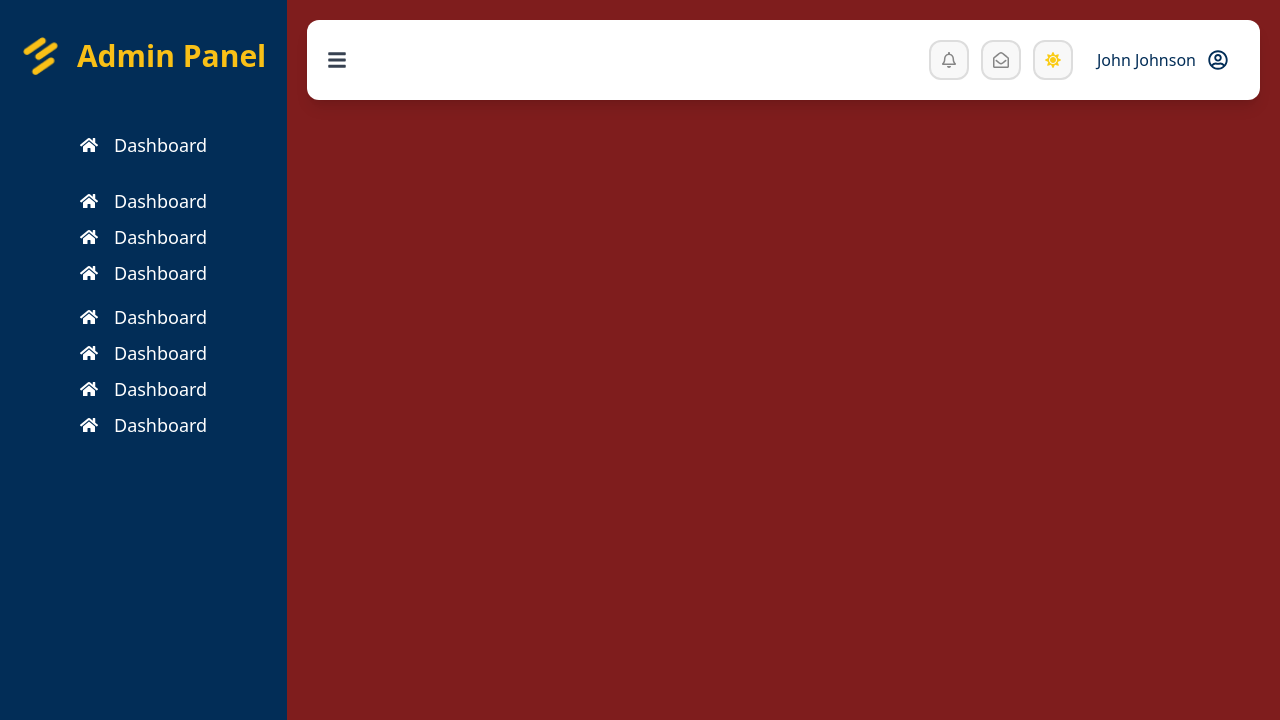
Repository: farrelmuhammad/redesign-bo
Page: /
The author's editor kept a copy of each file at every save. The page is drawn from the files as they stood at one save, then again after the next save.
The browser window is 1280 px wide. The pictures show the whole page.
The project was rebuilt for these pictures with package versions that can differ from the ones it lists, and the page was loaded fresh each time. Also part of the build but not shown: src/App.css.

Above is the page before, as saved 2024-03-02 19:53:00.

After the next save:
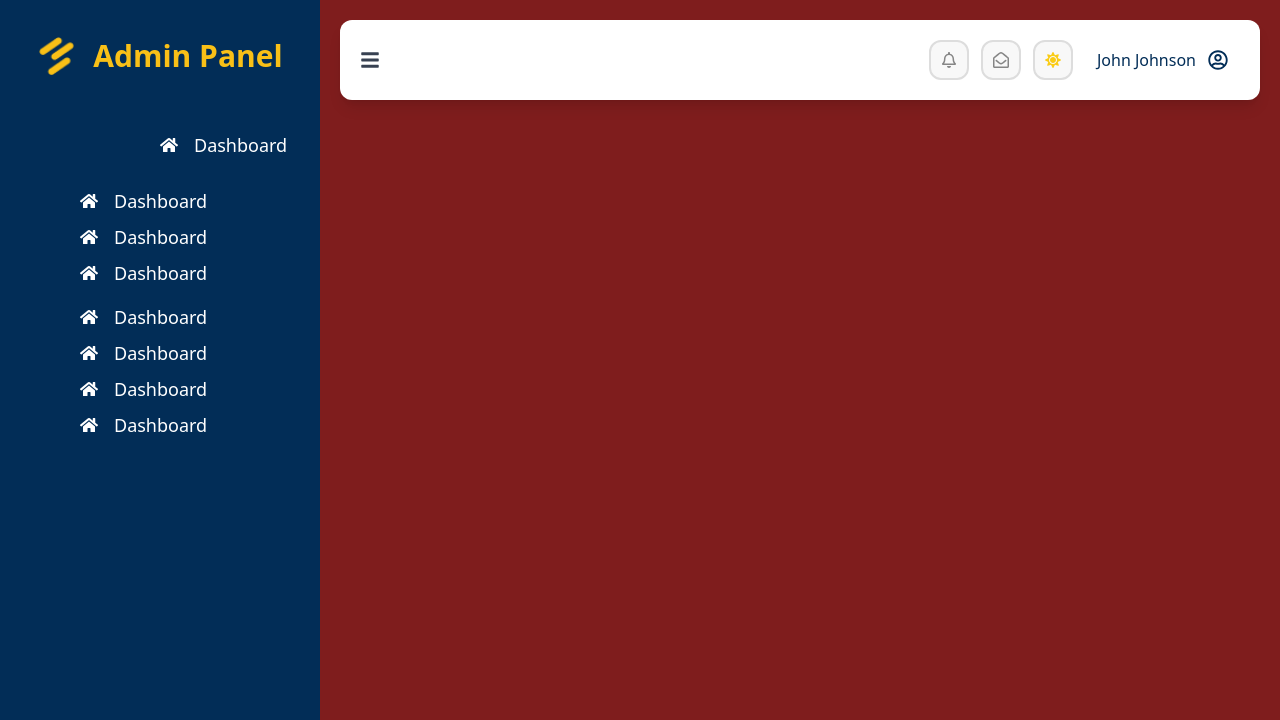
Saved 9 s later.
--- a/src/components/Sidebar.tsx
+++ b/src/components/Sidebar.tsx
@@ -12,7 +12,7 @@
             <div className="flex flex-col h-full w-full justify-start gap-4 items-start py-5 px-20">
                 <ul className='flex flex-col gap-2 w-full font-medium text-lg'>
                     <li className='w-full'>
-                        <button className='flex flex-row justify-start w-full items-center gap-4 py-5 hover:rounded-xl hover:bg-[#3996DC] hover:bg-opacity-[20%] hover:'>
+                        <button className='flex flex-row justify-start mx-20 w-full items-center gap-4 py-5 hover:rounded-xl hover:bg-[#3996DC] hover:bg-opacity-[20%] hover:'>
                         <FaHome /> Dashboard
                         </button>
                     </li>

After the save that followed:
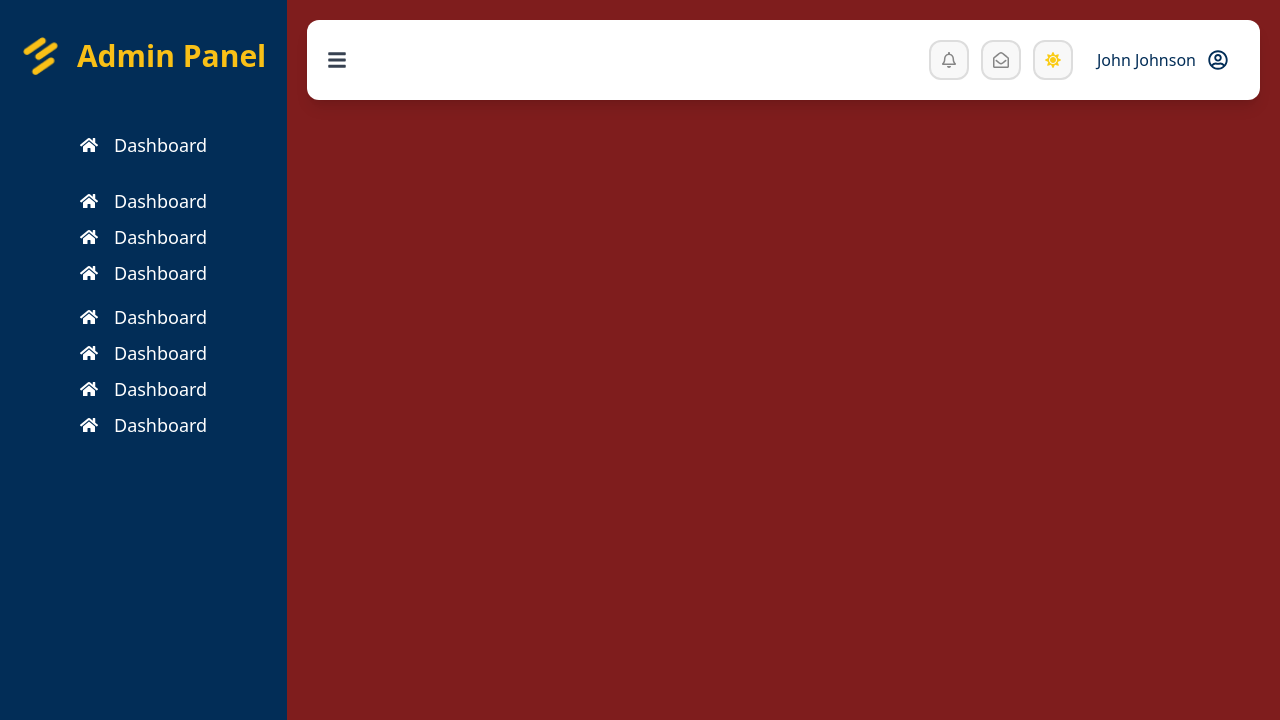
Saved 6 s later.
--- a/src/components/Sidebar.tsx
+++ b/src/components/Sidebar.tsx
@@ -12,7 +12,7 @@
             <div className="flex flex-col h-full w-full justify-start gap-4 items-start py-5 px-20">
                 <ul className='flex flex-col gap-2 w-full font-medium text-lg'>
                     <li className='w-full'>
-                        <button className='flex flex-row justify-start mx-20 w-full items-center gap-4 py-5 hover:rounded-xl hover:bg-[#3996DC] hover:bg-opacity-[20%] hover:'>
+                        <button className='flex flex-row justify-start w-full items-center gap-4 py-5 hover:rounded-xl hover:bg-[#3996DC] hover:bg-opacity-[20%] hover:'>
                         <FaHome /> Dashboard
                         </button>
                     </li>
